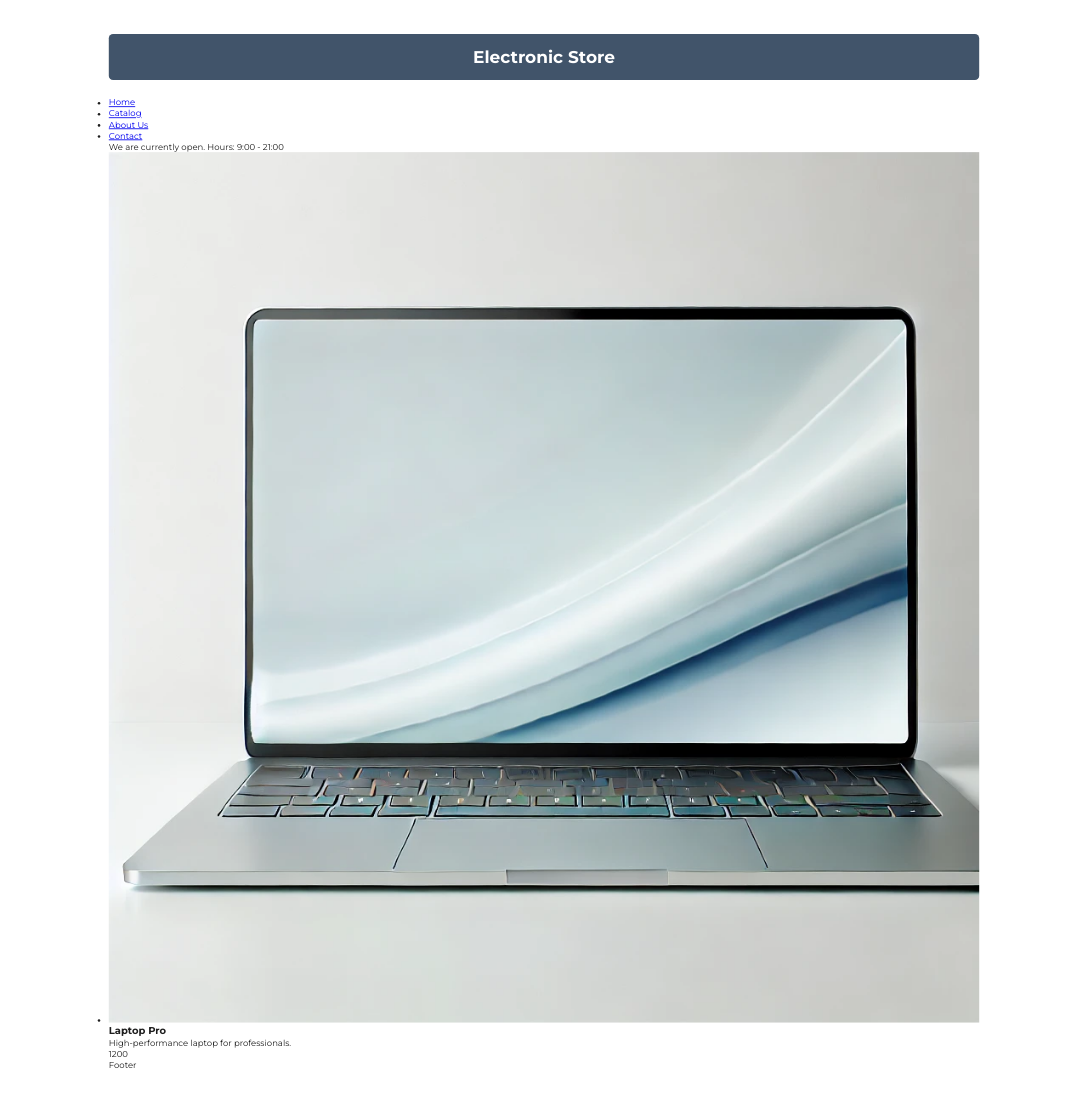
Repository: Lithium87/e-Strore
Page: /
The author's editor kept a copy of each file at every save. The page is drawn from the files as they stood at one save, then again after the next save.
The browser window is 1280 px wide. The pictures show the whole page, at 85% of full size.
The project was rebuilt for these pictures with package versions that can differ from the ones it lists, and the page was loaded fresh each time. Also part of the build but not shown: vite.config.js.

Above is the page before, as saved 2025-07-05 16:17:49.

### src/main.jsx
import {StrictMode} from 'react';
import {createRoot} from 'react-dom/client';
import App from './App.jsx';

createRoot (document.getElementById ('root')).render (
  <StrictMode>
    <App />
  </StrictMode>
);

### src/App.jsx
import React from 'react';
import './index.css';

const productData = [
  {
    name: 'Laptop Pro',
    description: 'High-performance laptop for professionals.',
    price: 1200,
    photoName: '/laptop.png',
    soldOut: false,
  },
  {
    name: 'Smartphone X',
    description: 'Latest model with stunning display.',
    price: 800,
    photoName: '/smartphone.png',
    soldOut: false,
  },
  {
    name: 'Wireless Headphones',
    description: 'Noise-cancelling headphones with great sound quality.',
    price: 200,
    photoName: '/headphones.png',
    soldOut: false,
  },
  {
    name: 'Smartwatch Z',
    description: 'Stylish smartwatch with fitness tracking features.',
    price: 150,
    photoName: '/smartwatch.png',
    soldOut: false,
  },
  {
    name: 'Gaming Console',
    description: 'Powerful gaming console for endless fun.',
    price: 400,
    photoName: '/console.png',
    soldOut: true,
  },
  {
    name: '4K TV',
    description: 'Ultra HD television with vibrant colors.',
    price: 1000,
    photoName: '/tv.png',
    soldOut: false,
  },
];

const App = () => {
  return (
    <div>
      <Header />
      <Catalog />
      <Footer />
    </div>
  );
};

const Header = () => {
  const hour = new Date ().getHours ();
  const openHours = 9;
  const closeHours = 21;
  const isOpen = hour >= openHours && hour < closeHours;

  return (
    <header>
      <h1 className="header">Electronic Store</h1>
      <nav>
        <ul>
          <li>
            <a href="#home">Home</a>
          </li>
          <li>
            <a href="#catalog">Catalog</a>
          </li>
          <li>
            <a href="#about">About Us</a>
          </li>
          <li>
            <a href="#contact">Contact</a>
          </li>
        </ul>
      </nav>
      <div>
        {isOpen
          ? <p>
              We are currently open. Hours: {openHours}:00 - {closeHours}:00
            </p>
          : <p>
              Sorry, we are closed. Hours: {openHours}:00 - {closeHours}:00
            </p>}
      </div>
    </header>
  );
};

const Catalog = () => {
  return (
    <main>
      <ul>
        <Product />
      </ul>
    </main>
  );
};

const Product = () => {
  return (
    <li>
      <img src={productData[0].photoName} alt={productData[0].name} />
      <div>
        <h3>{productData[0].name}</h3>
        <p>{productData[0].description}</p>
        <span>{productData[0].price}</span>
      </div>
    </li>
  );
};

const Footer = () => {
  return <footer>Footer</footer>;
};

export default App;

### src/index.css
@import url("https://fonts.googleapis.com/css2?family=Montserrat:wght@300;400;700&display=swap");

* {
  margin: 0;
  padding: 0;
  box-sizing: border-box;
}

html {
  font-size: 62.5%;
}

body {
  font-family: "Montserrat", sans-serif;
  color: #1e1e1e;
  background-color: #ffffff;
  min-height: 100vh;
  padding: 4rem;
  display: flex;
  justify-content: center;
  align-items: center;
}

.container {
  max-width: 120rem;
  margin: 0 auto;
  display: flex;
  flex-direction: column;
  align-items: center;
  gap: 3rem;
  padding: 2rem;
  background-color: #f4f6f8;
  border-radius: 1.2rem;
  box-shadow: 0px 4px 12px rgba(0, 0, 0, 0.1);
}

/* Header */
.header {
  align-self: stretch;
  text-align: center;
  padding: 1.5rem 0;
  background-color: #41546a;
  color: #ffffff;
  border-radius: 0.5rem;
  margin-bottom: 2rem;
}

.header h1 {
  font-size: 3.2rem;
  font-weight: 700;
  margin-bottom: 1rem;
}

.nav ul {
  list-style: none;
  display: flex;
  justify-content: center;
  gap: 2rem;
}

.nav a {
  color: #ffffff;
  text-decoration: none;
  font-size: 1.6rem;
  font-weight: 500;
  transition: color 0.3s;
}

.nav a:hover {
  color: #ffdd57;
}

.working-hours {
  font-size: 1.4rem;
  margin-top: 1rem;
  color: #f1f1f1;
}

/* Catalog */
.catalog {
  width: 100%;
  text-align: center;
}

.catalog h2 {
  font-size: 3rem;
  font-weight: 700;
  color: #333333;
  margin-bottom: 1rem;
}

.catalog > p {
  font-size: 1.6rem;
  color: #555;
  line-height: 1.8;
  margin-bottom: 2rem;
}

.products {
  list-style: none;
  display: grid;
  grid-template-columns: repeat(auto-fit, minmax(20rem, 1fr));
  gap: 3rem;
  padding: 2rem;
}

.product {
  background-color: #ffffff;
  border-radius: 1rem;
  padding: 1.5rem;
  box-shadow: 0 8px 24px rgba(0, 112, 243, 0.1);
  transition: transform 0.3s ease, box-shadow 0.3s ease;
}

.product:hover {
  transform: translateY(-5px);
  box-shadow: 0 12px 36px rgba(0, 112, 243, 0.15);
}

.product img {
  width: 100%;
  height: auto;
  border-radius: 0.8rem;
  margin-bottom: 1.2rem;
}

.product div {
  text-align: left;
  padding: 0.5rem 0;
}

.product h3 {
  font-size: 2rem;
  font-weight: 700;
  color: #333;
  margin-bottom: 0.5rem;
}

.product p {
  font-size: 1.4rem;
  color: #666;
  font-weight: 400;
  margin-bottom: 1.2rem;
}

.product span {
  display: block;
  font-size: 1.6rem;
  font-weight: 500;
  color: #0070f3;
}

.product.sold-out {
  opacity: 0.6;
  pointer-events: none;
}

.product.sold-out span {
  color: #ff4d4d;
}

/* Footer */
.footer {
  text-align: center;
  font-size: 1.6rem;
  color: #333;
  background-color: #f4f4f4;
  padding: 2rem;
  border-radius: 0.5rem;
  margin-top: 2rem;
}

.footer h3 {
  font-size: 2rem;
  font-weight: 700;
  margin-bottom: 1rem;
}

.footer p {
  font-size: 1.4rem;
  margin-top: 0.5rem;
  color: #555;
}

.order {
  margin-top: 2rem;
  display: flex;
  flex-direction: column;
  align-items: center;
  gap: 1.5rem;
}

.btn {
  color: #fff;
  font-family: inherit;
  border: none;
  font-size: 1.6rem;
  font-weight: 600;
  background-color: #0070f3;
  padding: 1.2rem 3rem;
  border-radius: 2rem;
  cursor: pointer;
  transition: background-color 0.3s ease;
}

.btn:hover {
  background-color: #005bb5;
}

Loaded but not shown: index.html (common file)

After the next save:
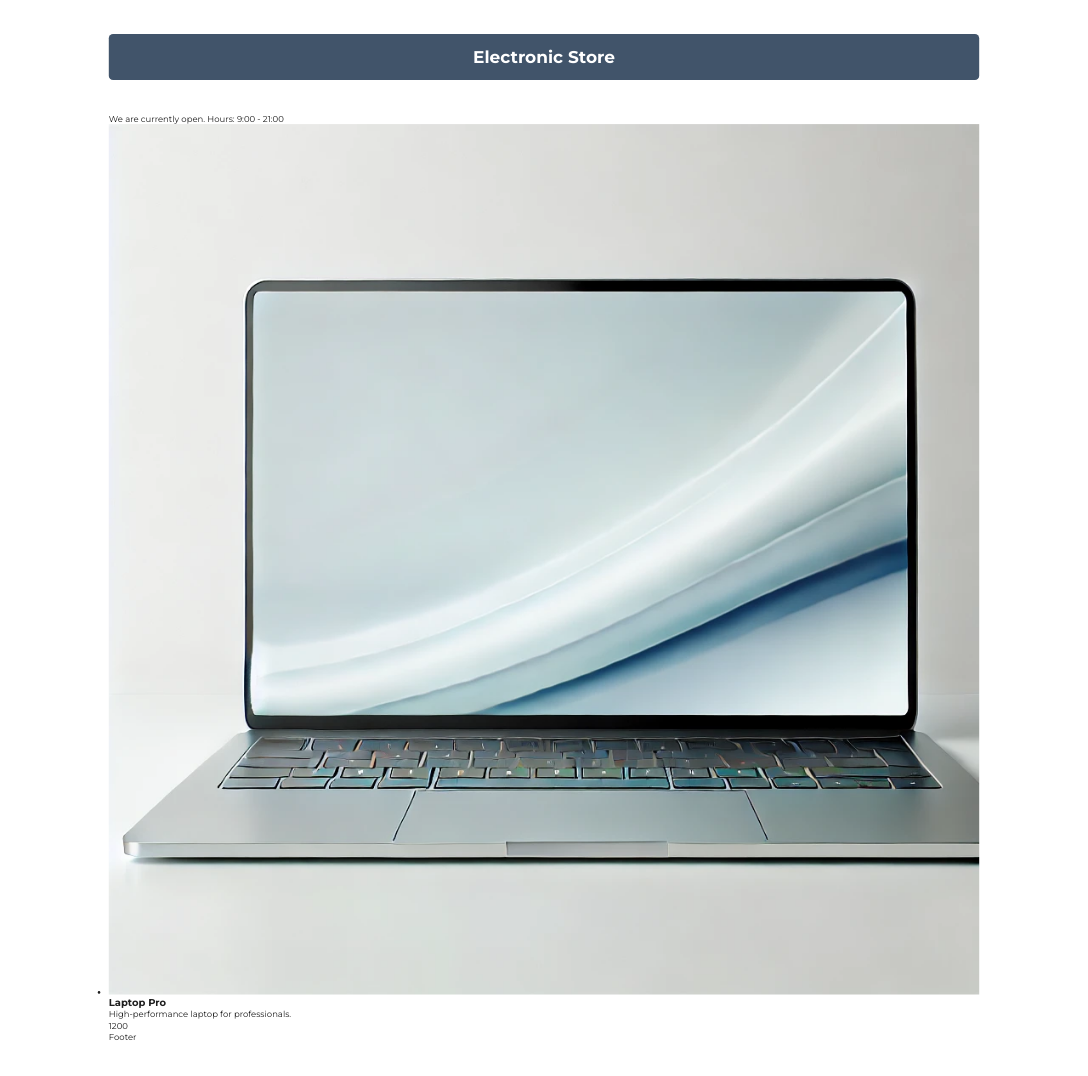
Saved 47 s later.
--- a/src/App.jsx
+++ b/src/App.jsx
@@ -65,7 +65,7 @@
   return (
     <header>
       <h1 className="header">Electronic Store</h1>
-      <nav>
+      <nav className="nav">
         <ul>
           <li>
             <a href="#home">Home</a>

After the save that followed:
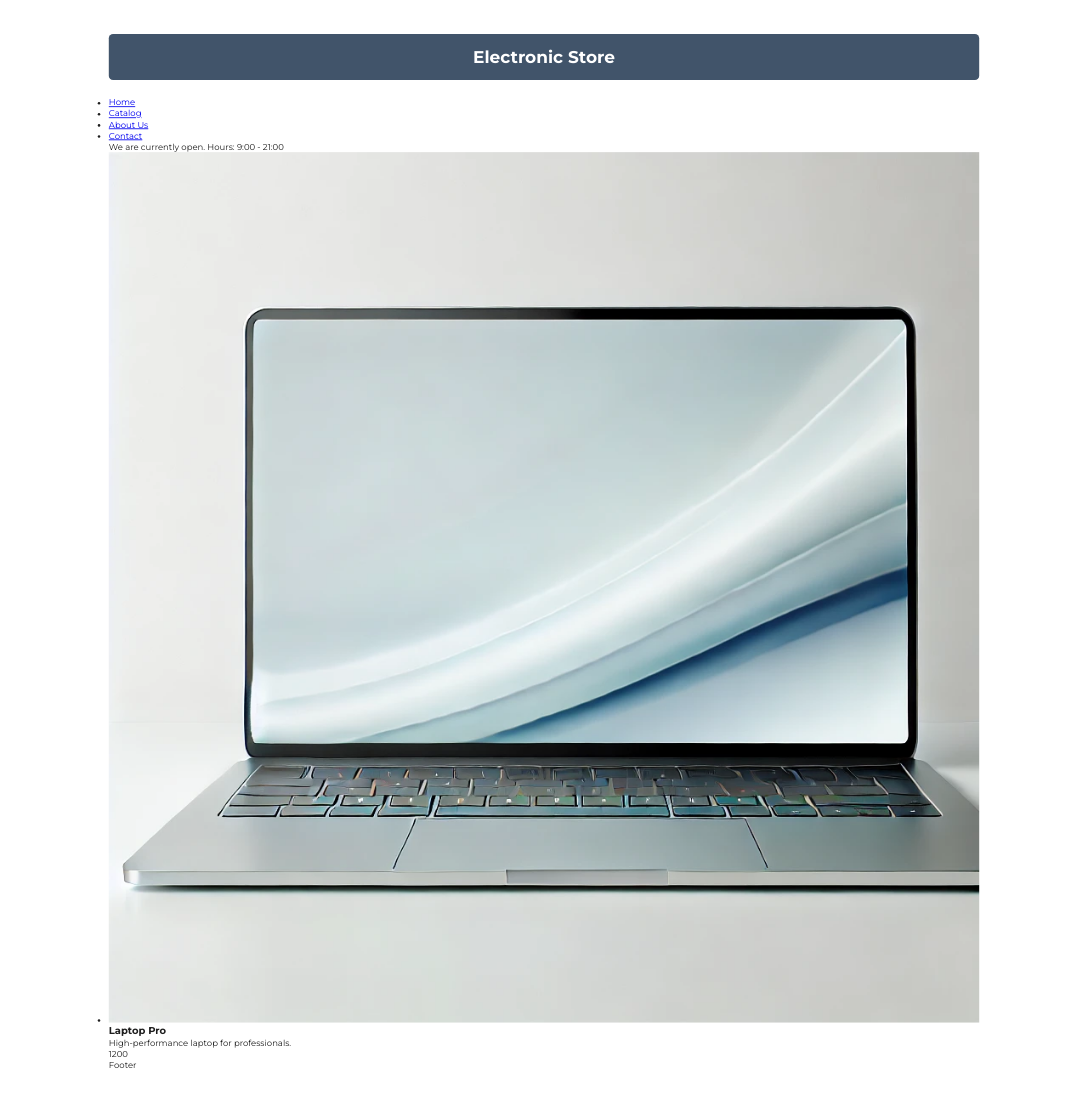
Saved 77 s later.
--- a/src/App.jsx
+++ b/src/App.jsx
@@ -65,7 +65,7 @@
   return (
     <header>
       <h1 className="header">Electronic Store</h1>
-      <nav className="nav">
+      <nav>
         <ul>
           <li>
             <a href="#home">Home</a>
